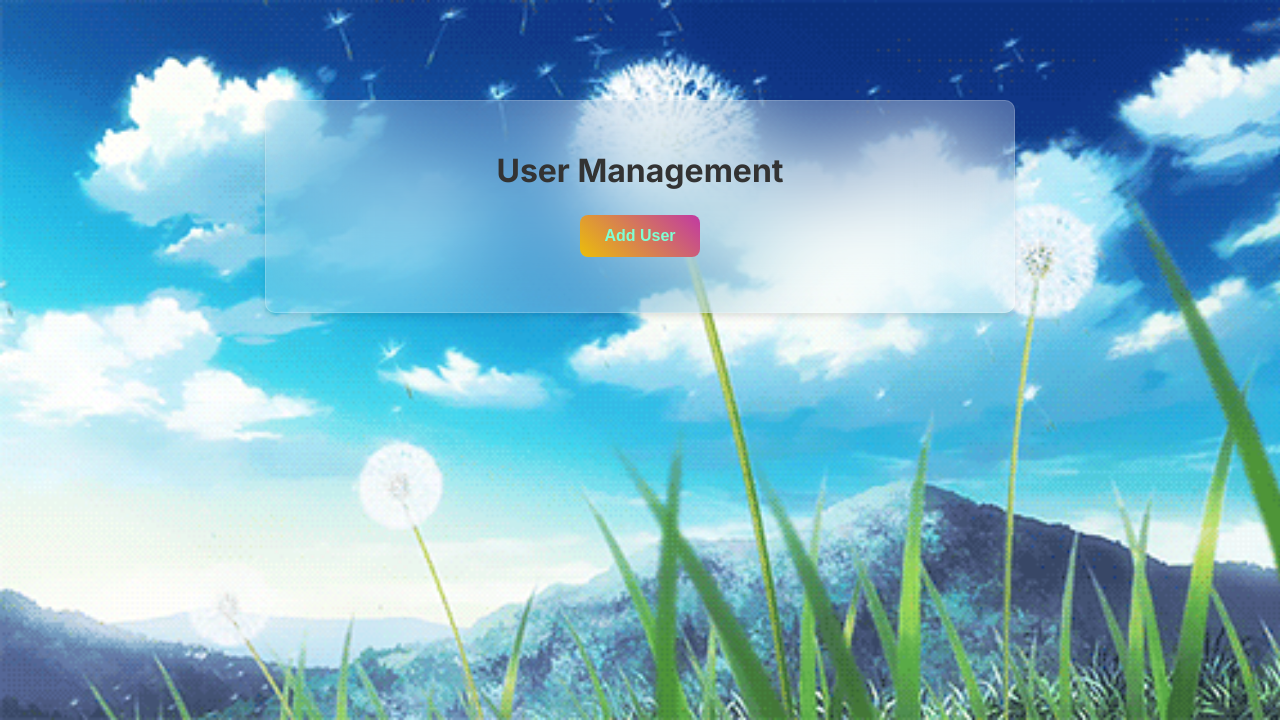
Repository: EeeeeEyyyy/crud-proj
Page: /
The author's editor kept a copy of each file at every save. The page is drawn from the files as they stood at one save, then again after the next save.
The browser window is 1280 px wide. The pictures show the whole page.
The page's requests for data from a server got no answer. The project was rebuilt for these pictures with package versions that can differ from the ones it lists, and the page was loaded fresh each time. The framework's server and built-in components were replaced by stand-ins that run in the browser. No one was signed in, and anything a server would have sent is missing. Also part of the build but not shown: next.config.mjs.

Above is the page before, as saved 2024-06-25 08:56:55.

After the next save:
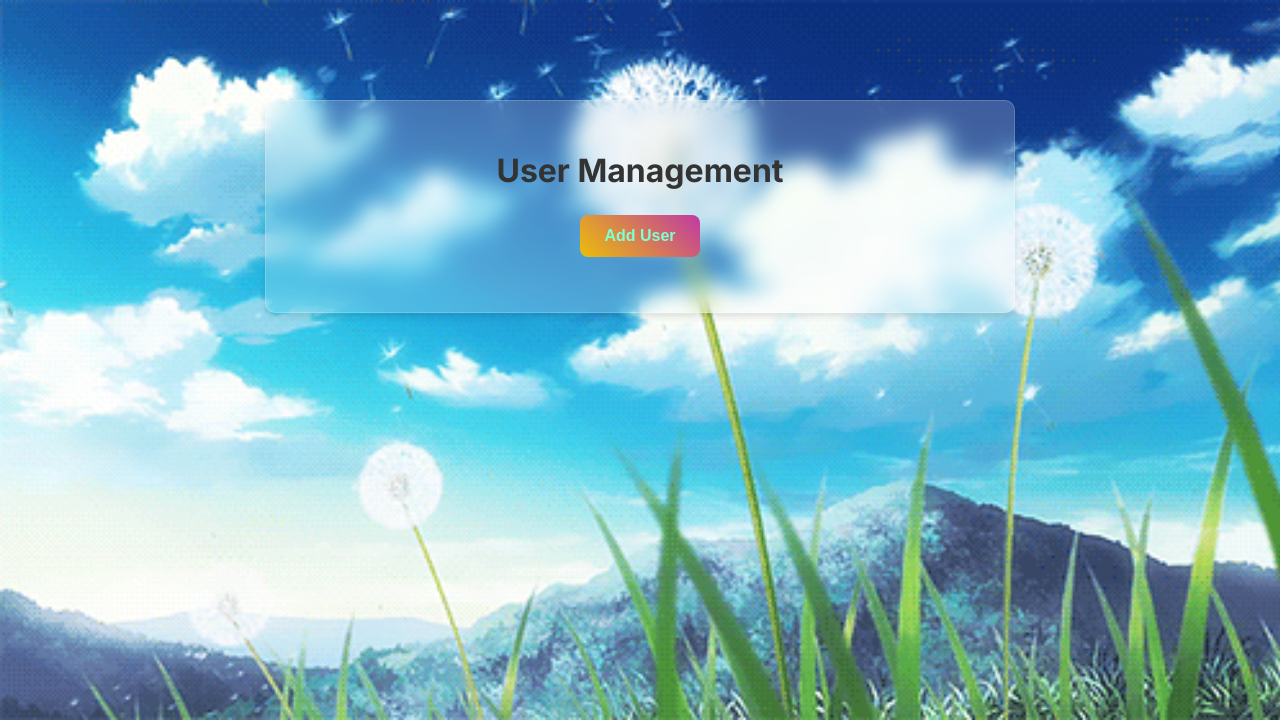
Saved 5 s later.
--- a/src/app/globals.css
+++ b/src/app/globals.css
@@ -334,7 +334,7 @@ input {
   background: rgba(255, 255, 255, 0.2);
   border: 1px solid rgba(255, 255, 255, 0.18);
   border-radius: 10px;
-  backdrop-filter: blur(50px);
+  backdrop-filter: blur(10px);
   box-shadow: 0 4px 6px rgba(0, 0, 0, 0.1);
   text-align: center;
 }
